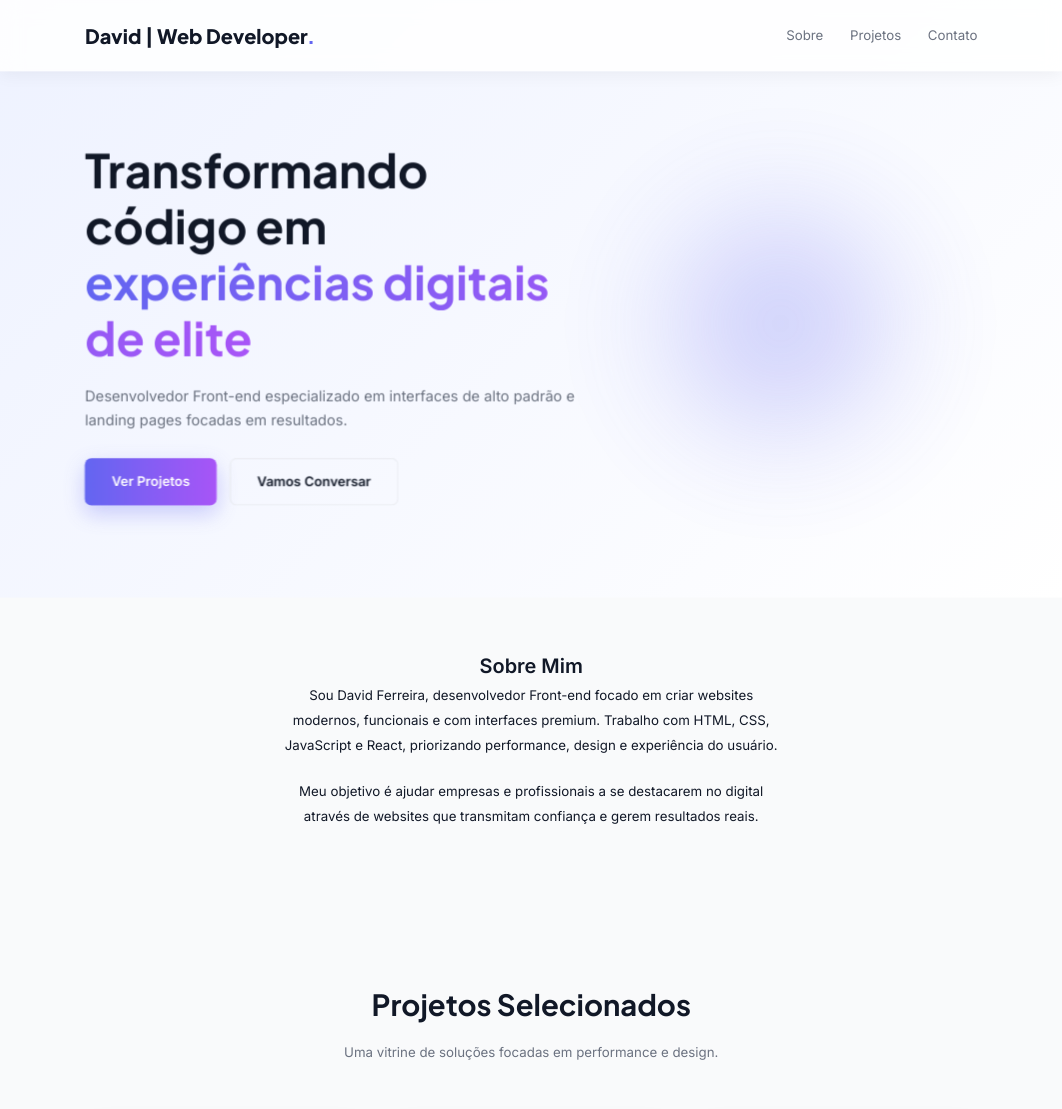
Repository: davidfsillva/David_Ferreira
Page: index.html
An editor plug-in stored every save of this project. The page is shown before and after a run of saves, followed by the edit.
The browser window is 1280 px wide. The pictures show the part of the page from y = 0 to 1336 px (the page is 2670 px tall before and 2662 px after), at 83% of full size.
Pictures or frames that could not be fetched are drawn as grey boxes.

Above is the page before, as saved 2026-02-11 11:58:19.
Console error: TypeError: Cannot read properties of null (reading 'addEventListener')

After the next 2 saves:
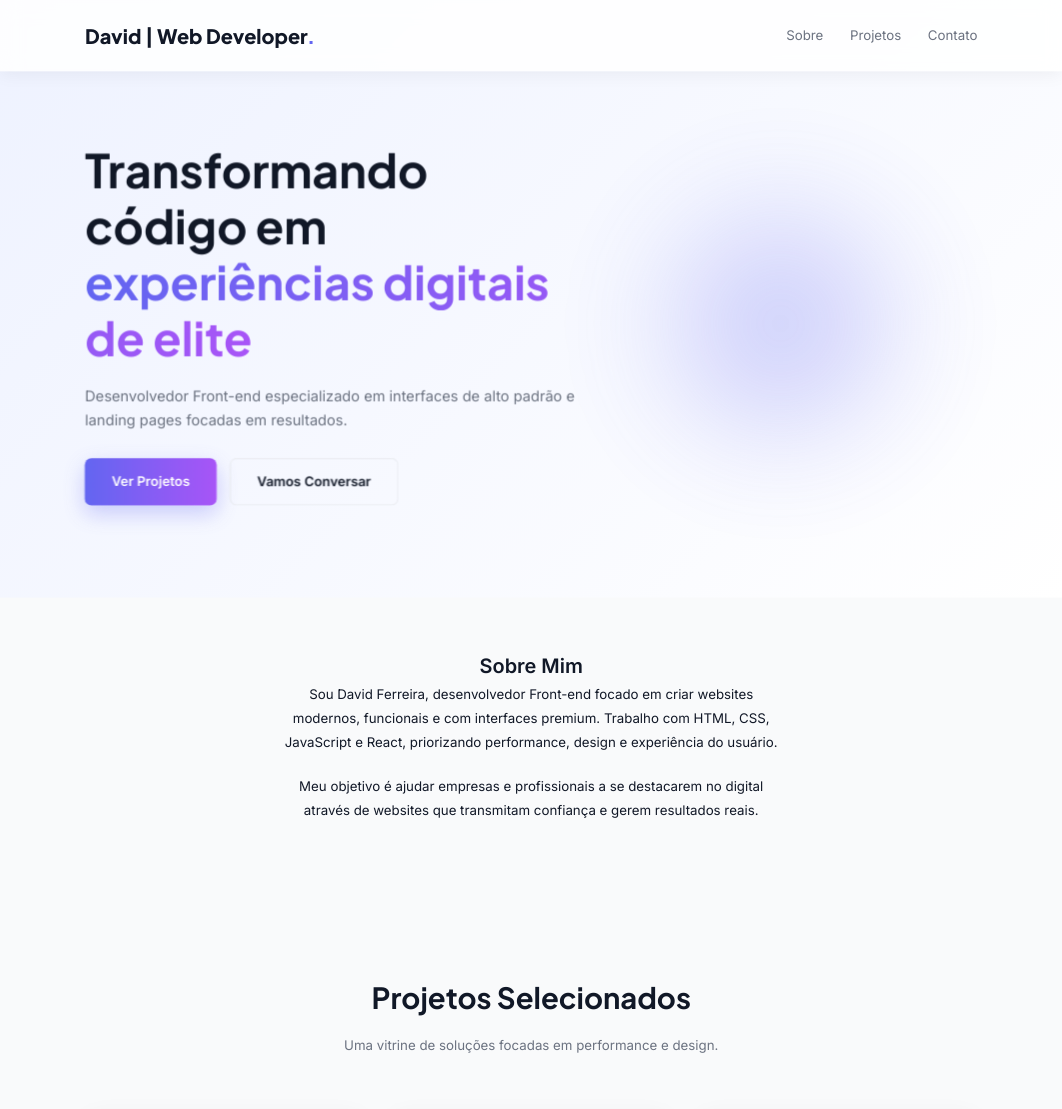
The 2 saves are shown as one change because they came seconds apart.
The last was saved 8 s later.
--- a/style.css
+++ b/style.css
@@ -214,7 +214,7 @@ body {
 
 #about p {
   margin-bottom: 1.5rem;   /* espaçamento entre parágrafos */
-  line-height: 1.9;        /* deixa a leitura mais confortável */
+  line-height: 1.8;        /* deixa a leitura mais confortável */
 }
 
 
